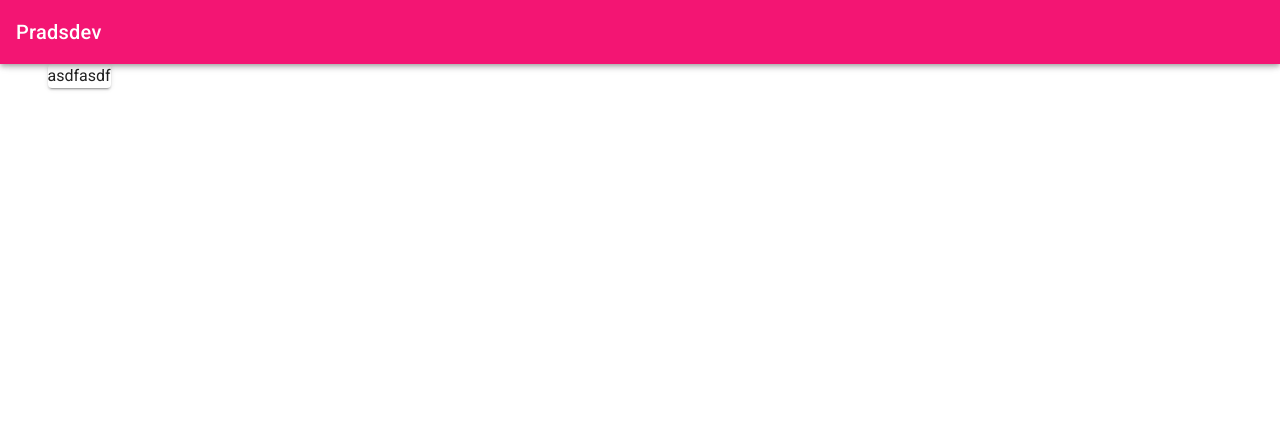
Repository: pradsdev/vue-form-validate
Page: /
An editor plug-in stored every save of this project. The page is shown before and after the next save, followed by the edit.
The browser window is 1280 px wide. The pictures show the whole page.
The project was rebuilt for these pictures with package versions that can differ from the ones it lists, and the page was loaded fresh each time. Also part of the build but not shown: vue.config.js.

Above is the page before, as saved 2020-12-21 22:44:44.

After the next save:
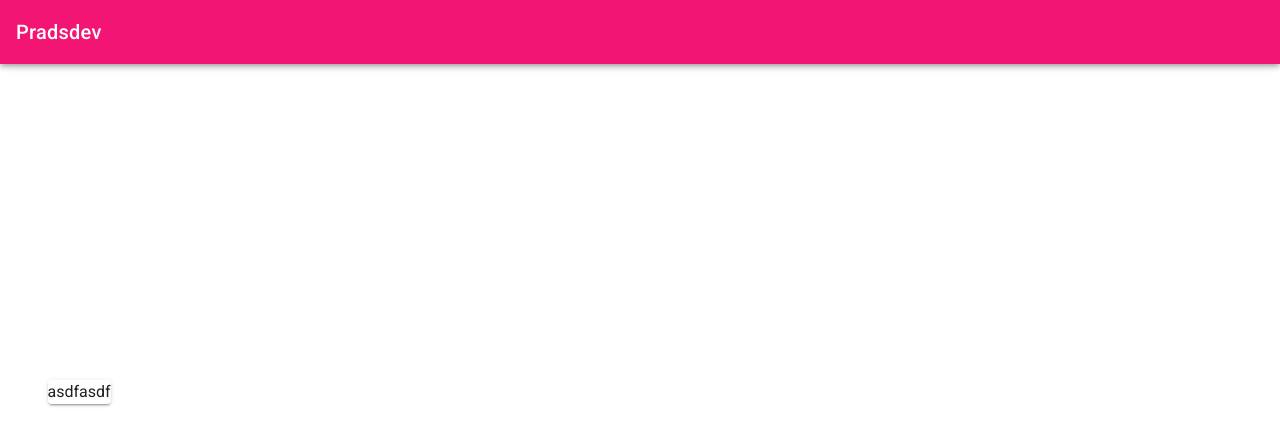
Saved 12 s later.
--- a/src/components/HelloWorld.vue
+++ b/src/components/HelloWorld.vue
@@ -1,5 +1,5 @@
 <template>
-  <v-container>
+  <v-container fill-height>
     <v-row class="text-center">
       <v-card>
         asdfasdf
